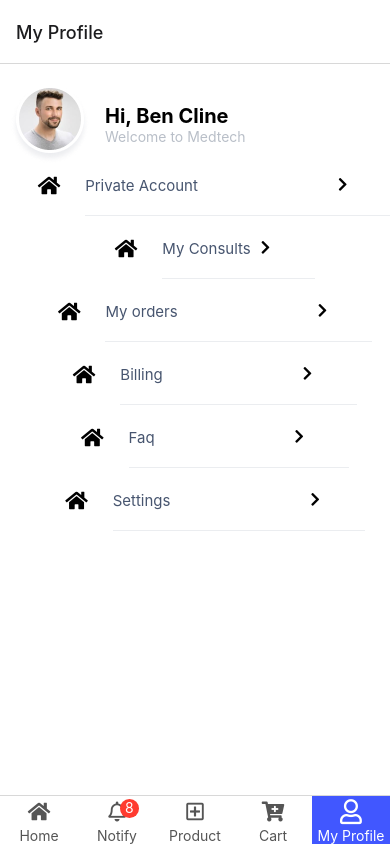
Repository: ntu34543/designReactNative
Screen: /My Profile
The author's editor kept a copy of each file at every save. The screen is drawn from the files as they stood at one save, then again after a run of saves.
The app was drawn by React Native's web renderer in a window 390 px wide. The project was rebuilt for these pictures with package versions that can differ from the ones it lists, and the page was loaded fresh each time. Also part of the build but not shown: page/DiabetesCare.js, page/Notify.js, page/Cart.js.

Above is the screen before, as saved 2022-11-02 11:01:38.

### App.js
import { StatusBar } from "expo-status-bar";
import { StyleSheet, Text, View, Pressable, TabBarIOSItem } from "react-native";
import { NavigationContainer } from "@react-navigation/native";
import { createStackNavigator } from "@react-navigation/stack";
import ScreenA from "./page/Home";
import ScreenB from "./page/DiabetesCare";
import Profile from "./page/Profile";
import Notify from "./page/Notify";
import Cart from "./page/Cart";
import FontAwesome5 from "react-native-vector-icons/FontAwesome5";
import { createBottomTabNavigator } from "@react-navigation/bottom-tabs";

const Tab = createBottomTabNavigator();
const Stack = createStackNavigator();
// const Tab = createStackNavigator();
export default function App() {
  return (
    <NavigationContainer>
      <Tab.Navigator
        // screenOptions={{ header: () => null }}
        screenOptions={({ route }) => ({
          tabBarIcon: ({ focused, size, color }) => {
            let iconName;
            if (route.name === "Home") {
              iconName = "home";
              size = focused ? 25 : 20;
              // color = focused ? "#f0f" : "#555";
            } else if (route.name === "Product") {
              iconName = "plus-square";
              size = focused ? 25 : 20;
              // color = focused ? "#f0f" : "#555";
            } else if (route.name === "My Profile") {
              iconName = "user";
              size = focused ? 25 : 20;
              // color = focused ? "#f0f" : "#555";
            } else if (route.name === "Notify") {
              iconName = "bell";
              size = focused ? 25 : 20;
              // color = focused ? "#f0f" : "#555";
            } else if (route.name === "Cart") {
              iconName = "cart-plus";
              size = focused ? 25 : 20;
              // color = focused ? "#f0f" : "#555";
            }
            return <FontAwesome5 name={iconName} size={size} color={color} />;
          },
        })}
        tabBarOptions={{
          activeTintColor: "white",
          activeBackgroundColor: "#4157ff",
          inactiveTintColor: "#555",
          inactiveBackgroundColor: "white",
          showLabel: true,
          labelStyle: { fontSize: 14 },
        }}
      >
        <Tab.Screen
          name="Home"
          component={ScreenA}
          // options={{ tabBarBadge: 3 }}
        />
        {/* options={{header: () => null}} */}
        <Tab.Screen name="Notify" options={{ tabBarBadge: 8 }} component={Notify} />
        <Tab.Screen name="Product" component={ScreenB} />
        <Tab.Screen name="Cart" component={Cart} />
        <Tab.Screen name="My Profile" component={Profile} />
      </Tab.Navigator>
    </NavigationContainer>
  );
}

### page/Home.js
import { StatusBar } from "expo-status-bar";
import { StyleSheet, Text, View, Pressable } from "react-native";

export default function ScreenA({ navigation }) {
  const onPressHandler = () => {
    navigation.navigate("Screen_B");
    // navigation.replace("Screen_B");
  };
  return (
    <View style={styles.body}>
      <Text style={styles.text}>Home</Text>
      <Pressable
        onPress={onPressHandler}
        style={({ pressed }) => ({
          backgroundColor: pressed ? "#ddd" : "#0f0",
        })}
      >
        <Text style={styles.text}>Go to the Screen B</Text>
      </Pressable>
    </View>
  );
}

const styles = StyleSheet.create({
  body: {
    flex: 1,
    justifyContent: "center",
    alignItems: "center",
  },
  text: {
    fontSize: 30,
    fontWeight: "bold",
  },
});

### page/Profile.js
import { useState } from "react";
import { StatusBar } from "expo-status-bar";
import {
  StyleSheet,
  Text,
  View,
  Pressable,
  Image,
  ScrollView,
  FlatList,
  SafeAreaView,
} from "react-native";
import FontAwesome5 from "react-native-vector-icons/FontAwesome5";

export default function Profile({ navigation }) {
  const onPressHandler = () => {
    navigation.navigate("Screen_A");
    // navigation.goBack();
  };
  return (
    <View style={styles.body}>
      <View style={styles.header}>
        <Image
          style={styles.image}
          source={require("../assets/img/profile.png")}
        />
        <View style={styles.inf}>
          <Text style={styles.text1}>Hi, Ben Cline</Text>
          <Text style={styles.text2}>Welcome to Medtech</Text>
        </View>
      </View>
      <View style={styles.main}>
        <View style={styles.block}>
          <FontAwesome5 name="home" size={20} style={styles.iconHome} />
          <View style={styles.item}>
            <Text style={styles.text3}>Private Account</Text>
            <FontAwesome5 name="chevron-right" size={15} color="black" style={styles.iconChevron} />
          </View>
        </View>
        <View style={styles.block}>
          <FontAwesome5 name="home" size={20} style={styles.iconHome} />
          <View style={styles.item}>
            <Text style={styles.text3}>My Consults</Text>
            <FontAwesome5 name="chevron-right" size={15} color="black" style={styles.iconChevron1} />
          </View>
        </View>
        <View style={styles.block}>
          <FontAwesome5 name="home" size={20} style={styles.iconHome} />
          <View style={styles.item}>
            <Text style={styles.text3}>My orders</Text>
            <FontAwesome5 name="chevron-right" size={15} color="black" style={styles.iconChevron2} />
          </View>
        </View>
        <View style={styles.block}>
          <FontAwesome5 name="home" size={20} style={styles.iconHome} />
          <View style={styles.item}>
            <Text style={styles.text3}>Billing</Text>
            <FontAwesome5 name="chevron-right" size={15} color="black" style={styles.iconChevron3} />
          </View>
        </View>
        <View style={styles.block}>
          <FontAwesome5 name="home" size={20} style={styles.iconHome} />
          <View style={styles.item}>
            <Text style={styles.text3}>Faq</Text>
            <FontAwesome5 name="chevron-right" size={15} color="black" style={styles.iconChevron4} />
          </View>
        </View>
        <View style={styles.block}>
          <FontAwesome5 name="home" size={20} style={styles.iconHome} />
          <View style={styles.item}>
            <Text style={styles.text3}>Settings</Text>
            <FontAwesome5 name="chevron-right" size={15} color="black" style={styles.iconChevron5} />
          </View>
        </View>
      </View>
    </View>
  );
}

const styles = StyleSheet.create({
  body: {
    flex: 1,
    backgroundColor: "white",
    paddingLeft: 10,
    paddingRight: 0,
  },
  text: {
    fontSize: 30,
    fontWeight: "bold",
  },
  header: {
    flexDirection: "row",
    alignItems: "center",
    marginTop: 20,
  },
  inf: {
    marginLeft: 15,
  },
  image: {},
  text1: {
    fontWeight: "bold",
    fontSize: 20,
  },
  text2: {
    fontWeight: "light",
    fontSize: 14,
    color: "#b9bfc8",
  },
  main: {},
  block: {
    flexDirection: "row",
    alignItems: "center",
    justifyContent: "center",
    padding: 10,
  },
  item: {
    flexDirection: "row",
    borderBottomWidth: 1,
    borderBottomColor: "#091C3F14",
    marginLeft: 25,
    alignItems: "center",
    paddingRight: 45,
    paddingBottom: 20,
  },
  text3: {
    color: "#091C3FBF",
    fontWeight: "light",
    fontSize: 15,
  },
  iconChevron : {
    paddingLeft: 140,
  },
  iconChevron1 : {
    paddingLeft: 10,
  },
  iconChevron2 : {
    paddingLeft: 140,
  },
  iconChevron3 : {
    paddingLeft: 140,
  },
  iconChevron4 : {
    paddingLeft: 140,
  },
  iconChevron5 : {
    paddingLeft: 140,
  },
  iconHome: {
    marginLeft: 30,
    paddingBottom: 20,
  }
});

After the next 2 saves:
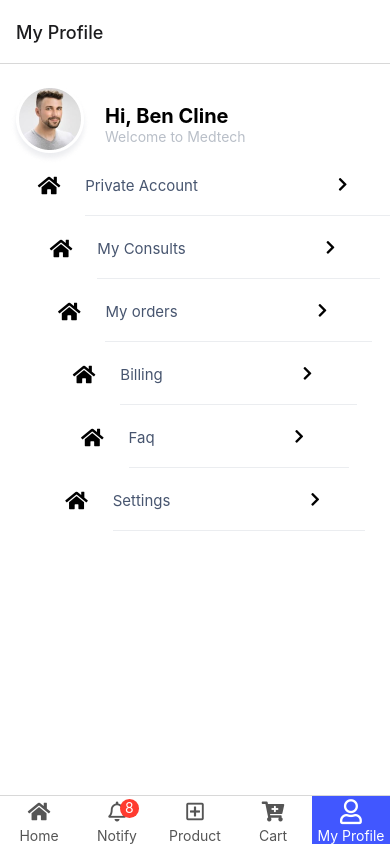
The 2 saves are shown as one change because they came seconds apart.
The last was saved 7 s later.
--- a/page/Profile.js
+++ b/page/Profile.js
@@ -41,35 +41,35 @@ export default function Profile({ navigation }) {
           <FontAwesome5 name="home" size={20} style={styles.iconHome} />
           <View style={styles.item}>
             <Text style={styles.text3}>My Consults</Text>
-            <FontAwesome5 name="chevron-right" size={15} color="black" style={styles.iconChevron1} />
+            <FontAwesome5 name="chevron-right" size={15} color="black" style={styles.iconChevron} />
           </View>
         </View>
         <View style={styles.block}>
           <FontAwesome5 name="home" size={20} style={styles.iconHome} />
           <View style={styles.item}>
             <Text style={styles.text3}>My orders</Text>
-            <FontAwesome5 name="chevron-right" size={15} color="black" style={styles.iconChevron2} />
+            <FontAwesome5 name="chevron-right" size={15} color="black" style={styles.iconChevron} />
           </View>
         </View>
         <View style={styles.block}>
           <FontAwesome5 name="home" size={20} style={styles.iconHome} />
           <View style={styles.item}>
             <Text style={styles.text3}>Billing</Text>
-            <FontAwesome5 name="chevron-right" size={15} color="black" style={styles.iconChevron3} />
+            <FontAwesome5 name="chevron-right" size={15} color="black" style={styles.iconChevron} />
           </View>
         </View>
         <View style={styles.block}>
           <FontAwesome5 name="home" size={20} style={styles.iconHome} />
           <View style={styles.item}>
             <Text style={styles.text3}>Faq</Text>
-            <FontAwesome5 name="chevron-right" size={15} color="black" style={styles.iconChevron4} />
+            <FontAwesome5 name="chevron-right" size={15} color="black" style={styles.iconChevron} />
           </View>
         </View>
         <View style={styles.block}>
           <FontAwesome5 name="home" size={20} style={styles.iconHome} />
           <View style={styles.item}>
             <Text style={styles.text3}>Settings</Text>
-            <FontAwesome5 name="chevron-right" size={15} color="black" style={styles.iconChevron5} />
+            <FontAwesome5 name="chevron-right" size={15} color="black" style={styles.iconChevron} />
           </View>
         </View>
       </View>
@@ -130,21 +130,6 @@ const styles = StyleSheet.create({
   iconChevron : {
     paddingLeft: 140,
   },
-  iconChevron1 : {
-    paddingLeft: 10,
-  },
-  iconChevron2 : {
-    paddingLeft: 140,
-  },
-  iconChevron3 : {
-    paddingLeft: 140,
-  },
-  iconChevron4 : {
-    paddingLeft: 140,
-  },
-  iconChevron5 : {
-    paddingLeft: 140,
-  },
   iconHome: {
     marginLeft: 30,
     paddingBottom: 20,
